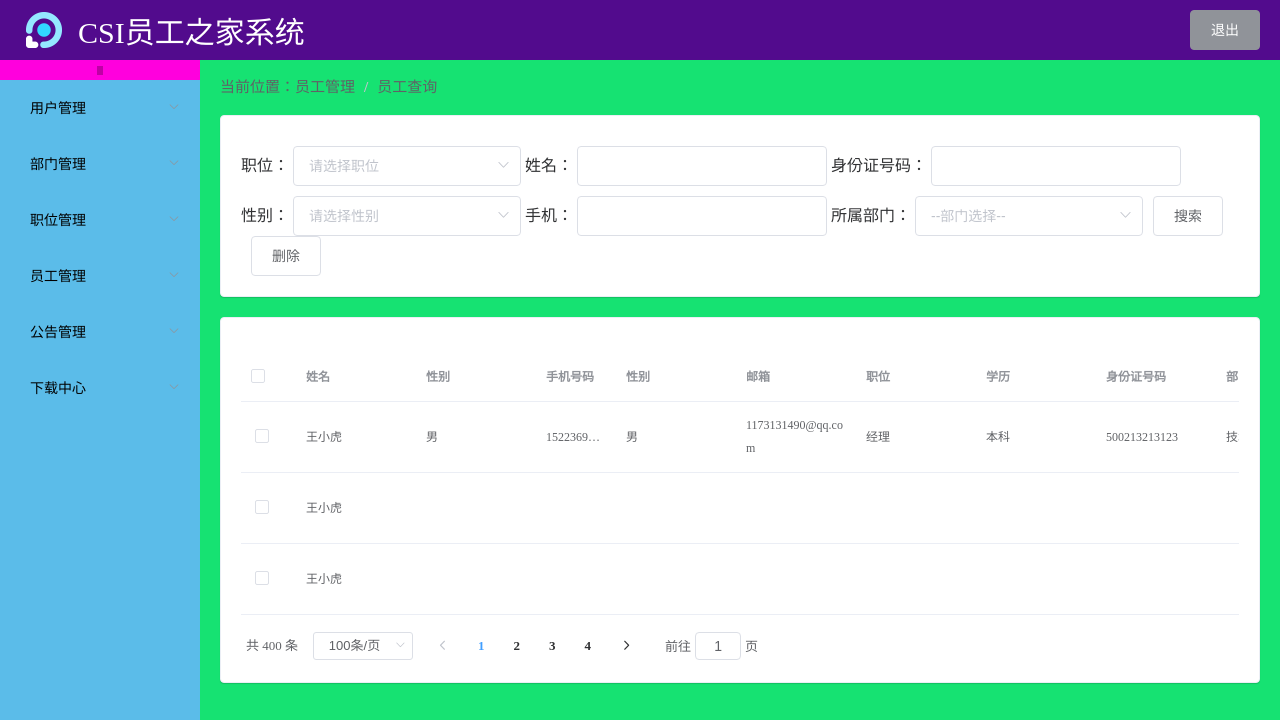
Repository: YUNjwyao/vue_hrm
Page: /#/employee
An editor plug-in stored every save of this project. The page is shown before and after the next save, followed by the edit.
The browser window is 1280 px wide. The pictures show the whole page.
The project was rebuilt for these pictures with package versions that can differ from the ones it lists, and the page was loaded fresh each time. Also part of the build but not shown: src/components/Login.vue, src/components/Face/Face.vue, src/components/Employee/ShowAddEmployee.vue, src/components/Employee/ShowUpdateEmployee.vue, src/components/Notice/Notice.vue, src/components/Notice/ShowUpdateNotice.vue, src/components/Notice/ShowAddNotice.vue, src/components/Document/Document.vue and 2 more.

Above is the page before, as saved 2020-10-16 10:31:38.

### src/main.js
import Vue from 'vue'
import App from './App.vue'
import router from './router'
import store from './store'
import './plugins/element.js'
import './assets/css/global.css'

// import axios from 'axios'
// // 配置请求的根路径
// axios.defaults.baseURL = 'http://127.0.0.1:8888/api/private/v1/'
// // 通过axios 请求拦截器添加token,保证拥有获取数据的权限
// axios.interceptors.request.use (config => {
//   //为请求头对象，添加Token验证的Authorization字段
//   config.headers.Authorization = window.sessionStorage.getItem('token')
//   return config
// })
// Vue.prototype.$http = axios

Vue.config.productionTip = false

new Vue({
  router,
  store,
  render: h => h(App)
}).$mount('#app')

### src/App.vue
<template>
  <div id="app">
     <!-- 路由占位符 -->
     <router-view></router-view>
  </div>
</template>

<script>

export default {

}
</script>

<style lang="less" scoped>

</style>

### src/router/index.js
import Vue from "vue";
import VueRouter from "vue-router";
import Login from "../components/Login.vue"
import Face from "../components/Face/Face.vue"
import Home from "../components/Home.vue"

import EmployeeQuery from "../components/Employee/EmployeeQuery.vue";
import ShowAddEmployee from "../components/Employee/ShowAddEmployee.vue";
import ShowUpdateEmployee from "../components/Employee/ShowUpdateEmployee.vue";
import Notice from "../components/Notice/Notice.vue";
import UpdateNotice from "../components/Notice/ShowUpdateNotice.vue";
import AddNotice from "../components/Notice/ShowAddNotice.vue";
import Document from "../components/Document/Document.vue";
import UpdateDocument from "../components/Document/ShowUpdateDocument.vue";
import AddDocument from "../components/Document/ShowAddDocument.vue";

Vue.use(VueRouter);

const routes = [
  { path: "/", redirect: "/login" },
  {
    path: '/login',component: Login
  },
  {
    path: '/home',
    component: Home,
    children: [
  {
    path: '/face',component: Face
  },
  {
    path: "/employee",
    component: EmployeeQuery,
  },
  {
    path: "/addEmployee",
    component: ShowAddEmployee,
  },
  {
    path: "/updateEmployee",
    component: ShowUpdateEmployee,
  },
  {
    path: "/notice",
    component: Notice,
  },
  {
    path: "/updateNotice",
    component: UpdateNotice,
  },
  {
    path: "/addNotice",
    component: AddNotice,
  },
  {
    path: "/document",
    component: Document,
  },
  {
    path: "/updateDocument",
    component: UpdateDocument,
  },
  {
    path: "/addDocument",
    component: AddDocument,
  }]
  }
];

const router = new VueRouter({
  routes,
});

export default router;

### src/plugins/element.js
import Vue from 'vue'
import {
    Button,
    Breadcrumb,
    BreadcrumbItem,
    Card,
    Select,
    Option,
    Input,
    Row,
    Table,
    TableColumn,
    Pagination,
    Form,
    FormItem,
    Container,
    Header,
    Aside,
    Menu,
    Submenu,
    MenuItem,
    Main
} from 'element-ui'


Vue.use(Button)
Vue.use(Breadcrumb)
Vue.use(BreadcrumbItem)
Vue.use(Card)
Vue.use(Select)
Vue.use(Option)
Vue.use(Input)
Vue.use(Row)
Vue.use(Table)
Vue.use(TableColumn)
Vue.use(Pagination)
Vue.use(Form)
Vue.use(FormItem)
Vue.use(Container)
Vue.use(Header)
Vue.use(Aside)
Vue.use(Menu)
Vue.use(Submenu)
Vue.use(MenuItem)
Vue.use(Main)

### src/assets/css/global.css
/* 全局样式表 */
html,
body,
#app {
    height: 100%;
    margin: 0;
    padding: 0;
}
.el-breadcrumb {
    margin-bottom: 15px;
    font-size: 15px;
}
.el-card {
    box-shadow: 0 1px 1px rgba(0, 0, 0, 0.15) !important;
}
.el-table {
    margin-bottom: 15px;
    font-size: 12px;
    margin-top: 15px;
}
.el-steps {
    margin: 15px 0;
}
.el-step__title {
    font-size: 13px;
}
.el-cascader-panel {
    height: 200px
}
.ql-editor {
    min-height: 300px;
 }

### src/components/Home.vue
<template>
 <!-- 整个页面区域 -->
  <el-container>
      <!-- 页面标题 -->
  <el-header>
      <div>
          <img src="../assets/images/icon.png" alt="">
          <span>CSI员工之家系统</span>
      </div>
      <el-button type="info" @click="logout">退出</el-button>
  </el-header>
  <!-- 页面主体部分 -->
  <el-container>
    <el-aside :width="isCollapse? '64px' : '200px'">
        <div class="collapse" @click="toggleCollapse">|||</div>
        <!-- 侧边栏菜单区域 -->
       <el-menu
      background-color="rgb(91, 188, 233)"
      text-color="#000"
      active-text-color="#409bff"
      :unique-opened="true"
      :collapse="isCollapse"
      :collapse-transition="false"
      router
      :default-active="activePath">
      <!-- 一级菜单 -->
      <el-submenu :index="item.id+''" v-for="item in menulist" :key="item.id">
          <!-- 一级菜单模板区域 -->
        <template slot="title">
            <!-- 图标 -->
          <i :class="iconsObj[item.id]"></i>
             <!-- 文本 -->
          <span>{{ item.authName }}</span>
        </template>
        <!-- 二级菜单 -->
        <el-menu-item
        :index="'/'+subItem.path"
        v-for="subItem in item.children"
        :key='subItem.id'
        @click="savNavState('/'+subItem.path)">
            <template slot="title">
            <!-- 图标 -->
          <i class="el-icon-menu"></i>
             <!-- 文本 -->
          <span>{{ subItem.authName }}</span>
        </template>
        </el-menu-item>
      </el-submenu>
    </el-menu>
    </el-aside>
    <el-main>
        <router-view></router-view>
    </el-main>
  </el-container>
</el-container>

</template>

<script>
export default {
    data () {
        return {
            // 左侧菜单数据
            menulist: [
                {
            "id": 101,
            "authName": "用户管理",
            "path": '/home',
            "children": [
                {
                    "id": 104,
                    "authName": "用户查询",
                    "path": '',
                    "children": []
                },
                {
                    "id": 104,
                    "authName": "添加用户",
                    "path": '',
                    "children": []
                }
            ]
        },
         {
            "id": 101,
            "authName": "部门管理",
            "path": null,
            "children": [
                {
                    "id": 104,
                    "authName": "部门查询",
                    "path": null,
                    "children": []
                },
                {
                    "id": 104,
                    "authName": "添加部门",
                    "path": null,
                    "children": []
                }
            ]
        },
         {
            "id": 101,
            "authName": "职位管理",
            "path": null,
            "children": [
                {
                    "id": 104,
                    "authName": "职位查询",
                    "path": null,
                    "children": []
                },
                {
                    "id": 104,
                    "authName": "添加职位",
                    "path": null,
                    "children": []
                }
            ]
         },
          {
            "id": 101,
            "authName": "员工管理",
            "path": '/home',
            "children": [
                {
                    "id": 104,
                    "authName": "员工查询",
                    "path": 'employee',
                    "children": []
                },
                {
                    "id": 104,
                    "authName": "添加员工",
                    "path": 'addEmployee',
                    "children": []
                }
            ]
        },
         {
            "id": 101,
            "authName": "公告管理",
            "path": '/home',
            "children": [
                {
                    "id": 104,
                    "authName": "公告查询",
                    "path": 'notice',
                    "children": []
                },
                {
                    "id": 104,
                    "authName": "添加公告",
                    "path": 'addNotice',
                    "children": []
                }
            ]
        },
         {
            "id": 101,
            "authName": "下载中心",
            "path": '/home',
            "children": [
                {
                    "id": 104,
                    "authName": "文档查询",
                    "path": 'document',
                    "children": []
                },
                {
                    "id": 104,
                    "authName": "上传文档",
                    "path": 'addDocument',
                    "children": []
                }
            ]
        }
            ],
            // 自定义字体图标
            iconsObj: {
                '125': 'iconfont icon-user',
                '103': 'iconfont icon-tijikongjian',
                '101': 'iconfont icon-shangpin',
                '102': 'iconfont icon-danju',
                '145': 'iconfont baobiao'
            },
            // 是否折叠
            isCollapse: false,
            // 被激活的链接
            activePath: ''
        }
    },
    created () {
       this.getMenuList();
       this.activePath = window.sessionStorage.getItem('activePath');
    },
    methods: {
        // 自定义方法
        logout () {
            // 清空token
            window.sessionStorage.clear();
            // 编程式导航重定向
            this.$router.push('/login');
        },
       // 点击按钮折叠菜单栏
       toggleCollapse () {
         this.isCollapse = ! this.isCollapse;
       },
       //保存导航链接的激活状态
       savNavState (activePath) {
          window.sessionStorage.setItem('activePath',activePath);
          this.activePath = activePath;
       }
    }
}
</script>

<style lang="less" scoped>
.el-container {
    height: 100%;
}
.el-header {
    background-color: rgb(82, 11, 141);
    display: flex;
    justify-content: space-between;
    align-items: center;
    > div {
        display: flex;
        align-items: center;
        color: #fff;
        font-size: 30px;
        span {
            padding-left: 10px;
        }
    }
}
.el-aside {
    background-color: rgb(91, 188, 233);
    .el-menu {
        border-right: 0;
    }
}
.el-main {
    background-color: rgb(22, 226, 114);
}
.iconfont {
    margin-right: 10px;
}
.collapse {
    height: 20px;
    background-color: rgb(255, 0, 221);
    text-align: center;
    line-height: 20px;
    font-size: 10px;
}
</style>

### src/components/Employee/EmployeeQuery.vue
<template>
  <div class="employee">
    <!-- 面包屑导航 -->
    <el-breadcrumb separator="/">
      <el-breadcrumb-item>当前位置：员工管理</el-breadcrumb-item>
      <el-breadcrumb-item><a href="/">员工查询</a></el-breadcrumb-item>
    </el-breadcrumb>
    <!-- 查询输入框 -->
    <el-card>
      <el-row>
        职位：
        <el-select v-model="value" placeholder="请选择职位">
          <el-option
            v-for="item in options"
            :key="item.value"
            :label="item.label"
            :value="item.value"
          >
          </el-option>
        </el-select>
        姓名：
        <el-input v-model="input"></el-input>
        身份证号码：
        <el-input v-model="input"></el-input>
      </el-row>
      <el-row>
        性别：
        <el-select v-model="value" placeholder="请选择性别">
          <el-option
            v-for="item in optionsSex"
            :key="item.value"
            :label="item.label"
            :value="item.value"
          >
          </el-option>
        </el-select>
        手机：
        <el-input v-model="input"></el-input>
        所属部门：
        <el-select v-model="value" placeholder="--部门选择--">
          <el-option
            v-for="item in optionsDoor"
            :key="item.value"
            :label="item.label"
            :value="item.value"
          >
          </el-option>
        </el-select>
        <el-button>搜索</el-button>
        <el-button>删除</el-button>
      </el-row>
    </el-card>
    <!-- Table表格 -->
    <el-card>
      <el-table
        ref="multipleTable"
        :data="tableData"
        tooltip-effect="dark"
        style="width: 100%"
        @selection-change="handleSelectionChange"
      >
        <el-table-column type="selection" width="55"> </el-table-column>
        <el-table-column prop="name" label="姓名" width="120">
          <template slot-scope="scope">{{ scope.row.name }}</template>
        </el-table-column>
        <el-table-column prop="sex" label="性别" width="120"> </el-table-column>
        <el-table-column prop="phone" label="手机号码" show-overflow-tooltip>
        </el-table-column>
        <el-table-column prop="sex" label="性别" width="120"> </el-table-column>
        <el-table-column prop="email" label="邮箱" width="120">
        </el-table-column>
        <el-table-column prop="job" label="职位" width="120"> </el-table-column>
        <el-table-column prop="education" label="学历" width="120">
        </el-table-column>
        <el-table-column prop="IdNumber" label="身份证号码" width="120">
        </el-table-column>
        <el-table-column prop="door" label="部门" width="120">
        </el-table-column>
        <el-table-column prop="address" label="联系地址" width="120">
        </el-table-column>
        <el-table-column prop="date" label="建档日期" width="120">
        </el-table-column>
        <el-table-column label="操作" width="120"> </el-table-column>
      </el-table>
      <!-- 分页 -->
      <el-pagination
        @size-change="handleSizeChange"
        @current-change="handleCurrentChange"
        :current-page="currentPage4"
        :page-sizes="[100, 200, 300, 400]"
        :page-size="100"
        layout="total, sizes, prev, pager, next, jumper"
        :total="400"
      >
      </el-pagination>
    </el-card>
  </div>
</template>

<script>
export default {
  data() {
    return {
      options: [
        {
          value: "选项1",
          label: "经理",
        },
        {
          value: "选项2",
          label: "职员",
        },
      ],
      optionsSex: [
        {
          value: "选项1",
          label: "男",
        },
        {
          value: "选项2",
          label: "女",
        },
      ],
      optionsDoor: [
        {
          value: "选项1",
          label: "技术部",
        },
        {
          value: "选项2",
          label: "运营部",
        },
      ],
      tableData: [
        {
          name: "王小虎",
          sex: "男",
          phone: "1522369825",
          email: "1173131490@qq.com",
          job: "经理",
          education: "本科",
          IdNumber: "500213213123",
          door: "技术部",
          address: "上海市普陀区金沙江路 1518 弄",
          date: "2016-12-03",
        },
        {
          date: "2016-05-02",
          name: "王小虎",
          address: "上海市普陀区金沙江路 1518 弄",
        },
        {
          date: "2016-05-04",
          name: "王小虎",
          address: "上海市普陀区金沙江路 1518 弄",
        },
      ],
      multipleSelection: [],
    };
  },
  methods: {
    toggleSelection(rows) {
      if (rows) {
        rows.forEach((row) => {
          this.$refs.multipleTable.toggleRowSelection(row);
        });
      } else {
        this.$refs.multipleTable.clearSelection();
      }
    },
    handleSelectionChange(val) {
      this.multipleSelection = val;
    },
  },
};
</script>

<style lang="less" scoped>
.el-card {
  margin-top: 20px;
}
.el-input {
  width: 250px;
}
.el-row {
  margin-top: 10px;
}
.el-button {
  margin-left: 10px;
}
</style>

Loaded but not shown: public/index.html (common file); src/store/index.js (common file)

After the next save:
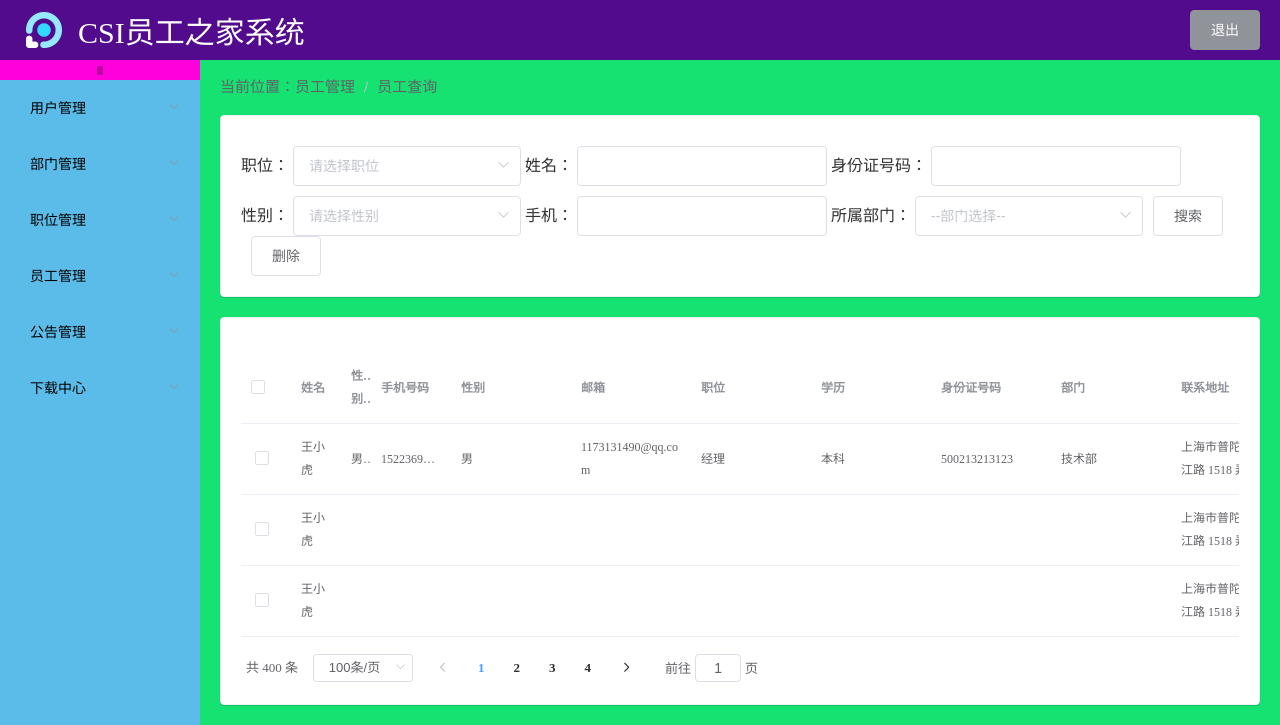
Saved 2 min 29 s later.
--- a/src/components/Employee/EmployeeQuery.vue
+++ b/src/components/Employee/EmployeeQuery.vue
@@ -59,11 +59,11 @@
         style="width: 100%"
         @selection-change="handleSelectionChange"
       >
-        <el-table-column type="selection" width="55"> </el-table-column>
-        <el-table-column prop="name" label="姓名" width="120">
+        <el-table-column type="selection" width="50"> </el-table-column>
+        <el-table-column prop="name" label="姓名" width="50">
           <template slot-scope="scope">{{ scope.row.name }}</template>
         </el-table-column>
-        <el-table-column prop="sex" label="性别" width="120"> </el-table-column>
+        <el-table-column prop="sex" label="性别" width="30"> </el-table-column>
         <el-table-column prop="phone" label="手机号码" show-overflow-tooltip>
         </el-table-column>
         <el-table-column prop="sex" label="性别" width="120"> </el-table-column>
